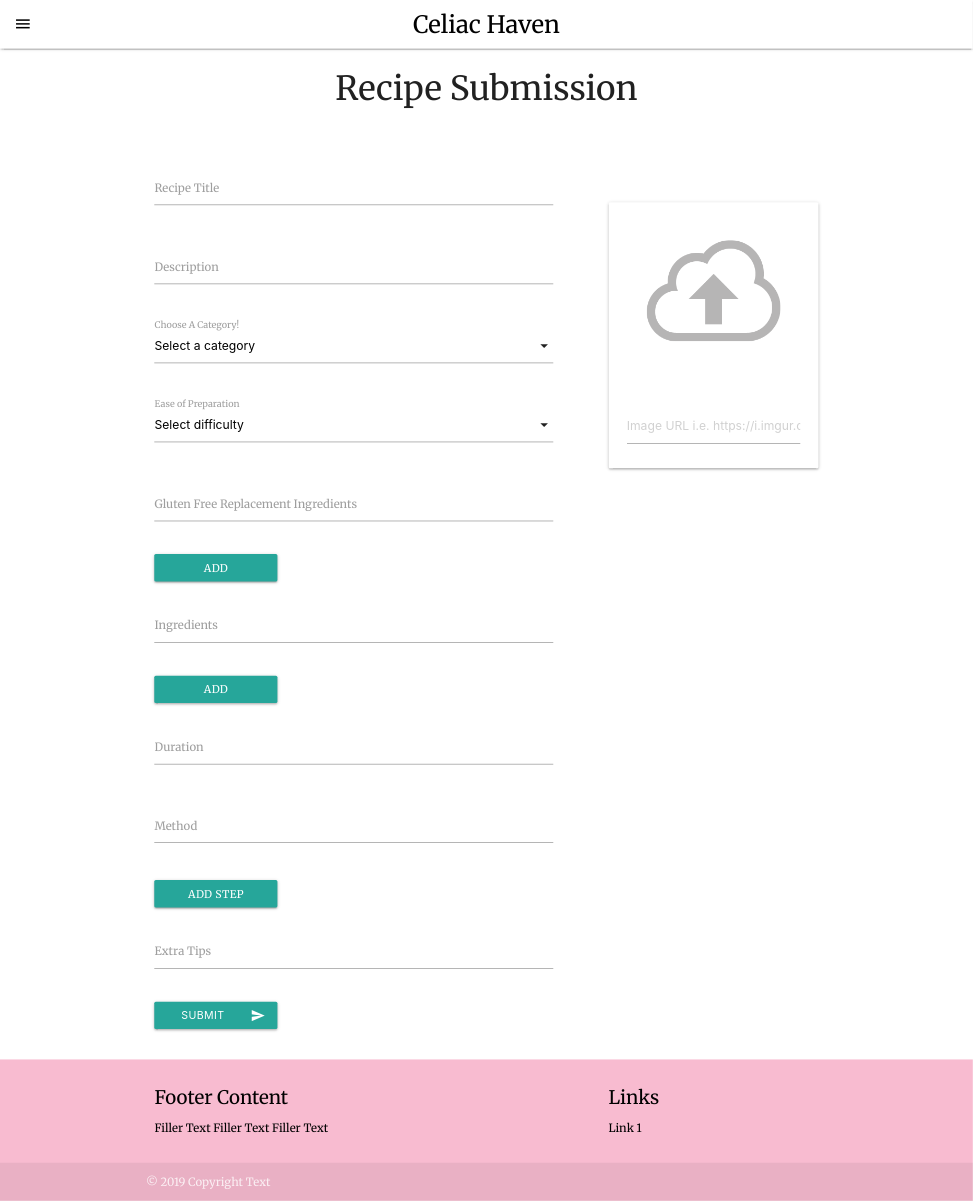
Repository: DanielJMaia/cookbook-project
Page: http://localhost/add_recipe
The author's editor kept a record of every edit. The page is drawn from the files as they stood at one moment, then again after the next edit.
The browser window is 1280 px wide. The pictures show the whole page, at 76% of full size.
Some web fonts or font styles are not loaded; a fallback is used. The page is served by the project's application, run on Flask 3 (app.py). Queries for data that is not in the repository find no rows.

Above is the page before.

### templates/add_recipe.html
{% extends 'base.html' %} {% block content %}

<h3 class="center-align" id="submit_recipe_header">Recipe Submission</h3>
<div class="container">
    <div class="row">
        <form action="{{url_for('insert_recipe')}}" method="POST" class="col s12 m8" autocomplete="off">
            <div class="row">
                <div class="input-field col s11">
                    <input id="recipe_title" type="text" class="validate" name="title" required>
                    <label for="recipe_title">Recipe Title</label>
                </div>
            </div>
            <div class="row">
                <div class="input-field col s11">
                    <input id="recipe_description" type="text" class="validate" name="description" required>
                    <label for="recipe_description">Description</label>
                </div>
            </div>
            <div class="row">
                <div class="input-field col s11">
                    <select name="category" required>
                            <option selected disabled value>Select a category</option>
                        {% for cat in second_category %}
                            <option value="{{ cat.category }}" >{{ cat.category }}</option>
                        {% endfor %}
                    </select>
                    <label>Choose A Category!</label>
                </div>
            </div>
            <div class="row">
                <div class="input-field col s11">
                    <select name="difficulty" required>
                        <option selected disabled value>Select difficulty</option>
                    {% for diff in difficulty %}
                        <option value="{{ diff.difficulty }}" >{{ diff.difficulty }}</option>
                    {% endfor %}
                </select>
                    <label>Ease of Preparation</label>
                </div>
            </div>
            <div class="row">
                <div class="input-field col s11">
                    <input id="gf_ingredient" type="text" class="validate" name="gf_ingredient">
                    <label for="gf_ingredient">Gluten Free Replacement Ingredients</label>
                </div>
            </div>
            <div class="row">
                <div class="col s2 center-align">
                    <a class="waves-effect waves-light btn button_form_min_width">Add Ingredient</a>
                </div>
            </div>
            <div class="row">
                <div class="input-field col s11">
                    <input id="ingredients" type="text" class="validate" name="ingredients" required>
                    <label for="ingredients">Ingredients</label>
                </div>
            </div>
            <div class="row">
                <div class="col s2 center-align">
                    <a class="waves-effect waves-light btn button_form_min_width">Add Ingredient</a>
                </div>
            </div>
            <div class="row">
                <div class="input-field col s11">
                    <input id="duration" type="text" class="validate" name="prep_duration" required>
                    <label for="duration">Duration</label>
                </div>
            </div>
            <div class="row">
                <div class="input-field col s11">
                    <textarea id="textarea1" class="materialize-textarea" name="method" required></textarea>
                    <label for="textarea1">Method</label>
                </div>
            </div>
            <div class="row">
                <div class="col s2 center-align">
                    <a class="waves-effect waves-light btn button_form_min_width">Add Step</a>
                </div>
            </div>
            <div class="row">
                <div class="input-field col s11">
                    <input id="tips" type="text" class="validate" name="tips">
                    <label for="tips">Extra Tips</label>
                </div>
            </div>
            <div class="row">
                <div class="col s2 center-align">
                    <button class="btn waves-effect waves-light button_form_min_width" type="submit" name="action">Submit
                    <i class="material-icons right">send</i>
                </button>
                </div>
            </div>
        </form>
        <div class="col s12 m4 submit_image_spacing">
            <div class="card">
                <div class="card-image">
                    <img src="/static/img/upload.jpg" class="image" id="upload_image">
                </div>
                <div class="card-content input-field">
                    <input id="add_image" type="text" class="validate" name="url" placeholder="Image URL i.e. https://i.imgur.com/PuHbs0g.jpg" required>
                </div>
            </div>
        </div>
    </div>
</div>

{% endblock %}

### templates/base.html
<!DOCTYPE html>
<html lang="en">

<head>
    <meta charset="UTF-8">
    <meta name="viewport" content="width=device-width, initial-scale=1.0">
    <meta http-equiv="X-UA-Compatible" content="ie=edge">
    <title>GF Recipes!</title>

    <link rel="stylesheet" href="https://cdnjs.cloudflare.com/ajax/libs/materialize/1.0.0/css/materialize.min.css">
    <link href="https://fonts.googleapis.com/icon?family=Material+Icons" rel="stylesheet">
    <link href="https://fonts.googleapis.com/css?family=Merriweather|Solway&display=swap" rel="stylesheet">
    <link rel="stylesheet" href="{{url_for('static', filename='css/style.css')}}" type="text/css" />
</head>

<body>
    <header>
        <nav class="white">
            <div class="nav-wrapper">
                <a href="{{url_for('home')}}" class="brand-logo center black-text">Celiac Haven</a>
                <a href="#" data-target="mobile-demo" class="sidenav-trigger show-on-large"><i class="material-icons black-text">menu</i></a>
            </div>
        </nav>



        <ul class="sidenav" id="mobile-demo">
            <li><a href="{{url_for('home')}}">Home</a></li>
            <li><a href="{{url_for('add_recipe')}}">Add A Recipe</a></li>
            {% for cat in categories %}
            <li><a href="{{url_for('get_recipes', recipe_category=cat.category)}}">{{ cat.category }}</a></li>
            {% endfor %}
        </ul>


    </header>
    <main>
        {% block content %} {% endblock %}
    </main>

    <footer class="page-footer pink lighten-4">
        <div class="container">
            <div class="row">
                <div class="col l6 s12">
                    <h5 class="black-text">Footer Content</h5>
                    <p class="black-text text-lighten-4">Filler Text Filler Text Filler Text</p>
                </div>
                <div class="col l4 offset-l2 s12">
                    <h5 class="black-text">Links</h5>
                    <ul>
                        <li><a class="black-text text-lighten-3" href="#!">Link 1</a></li>
                    </ul>
                </div>
            </div>
        </div>
        <div class="footer-copyright">
            <div class="container">
                © 2019 Copyright Text
            </div>
        </div>
    </footer>

    <script src="https://cdnjs.cloudflare.com/ajax/libs/jquery/3.4.1/jquery.js" integrity="sha256-WpOohJOqMqqyKL9FccASB9O0KwACQJpFTUBLTYOVvVU=" crossorigin="anonymous"></script>
    <script src="https://cdnjs.cloudflare.com/ajax/libs/materialize/1.0.0/js/materialize.min.js"></script>
    <script type="text/javascript" src="/static/js/initialization.js"></script>

</body>

</html>

### app.py
import os
from flask import Flask, render_template, redirect, request, url_for
from flask_pymongo import PyMongo
from bson.objectid import ObjectId

app = Flask(__name__)

USER = os.getenv('DB_USER')
PASSWORD = os.environ.get('DB_PASSWORD')

app.config["MONGO_DBNAME"] = 'milestone-project-cookbook'
app.config["MONGO_URI"] = 'mongodb+srv://root:r00tUser@myfirstcluster-bgp7f.mongodb.net/milestone-project-cookbook?retryWrites=true&w=majority'

mongo = PyMongo(app)

@app.route('/')
def home():
    return render_template("index.html",
    categories=mongo.db.categories.find())

@app.route('/get_recipes/<recipe_category>')
def get_recipes(recipe_category):
    return render_template("recipes.html",
    categories=mongo.db.categories.find(),
    recipes=mongo.db.recipes.find({"category": recipe_category}))

@app.route('/add_recipe')
def add_recipe():
    return render_template("add_recipe.html",
    categories=mongo.db.categories.find(),
    difficulty=mongo.db.difficulty.find())

@app.route('/insert_recipe', methods=["POST"])
def insert_recipe():
    recipes = mongo.db.recipes
    recipes.insert_one(request.form.to_dict())
    return redirect(url_for('home'))

@app.route('/edit_recipe/<recipe_id>')
def edit_recipe(recipe_id):
    _recipe = mongo.db.recipes.find_one({"_id": ObjectId(recipe_id)})
    _categories = mongo.db.categories.find()
    _difficulty = mongo.db.difficulty.find()
    category_list = [category for category in _categories]
    return render_template('edit_recipe.html', recipe=_recipe, categories=category_list, difficulty=_difficulty)

@app.route('/update_recipe/<recipe_id>', methods=["POST"])
def update_recipe(recipe_id):
    recipes = mongo.db.recipes
    recipes.update({'_id': ObjectId(recipe_id)},
    {
        'title' : request.form.get('title'),
        'category' : request.form.get('category'),
        'gf_ingredient' : request.form.get('gf_ingredient'),
        'prep_duration' : request.form.get('prep_duration'),
        'difficulty' : request.form.get('difficulty'),
        'method' : request.form.get('method'),
        'ingredients' : request.form.get('ingredients'),
        'description' : request.form.get('description'),
        'tips' : request.form.get('tips')
    })
    return redirect(url_for('home'))

@app.route('/view_recipe/<recipe_id>')
def view_recipe(recipe_id):
    return render_template('view_recipe.html',
    recipes = mongo.db.recipes.find({"_id": ObjectId(recipe_id)}))

# Test Page Route

@app.route('/testing')
def test():
    return render_template("testing.html",
    recipes=mongo.db.recipes.find())

if __name__  == '__main__':
    app.run(host=os.environ.get('IP'),
    port=int(os.environ.get('PORT')),
    debug=True)

### static/css/style.css
body {
  display: flex;
  min-height: 100vh;
  flex-direction: column;
  font-family: 'Solway', 'Merriweather', serif;
}

main {
  flex: 1 0 auto;
}

.brand-logo{
  width: fit-content;
}

#quote {
  background-image: url("/static/img/quote_background.jpg");
  background-size: cover;
  padding-top: 17rem;
  text-align: center;
  height: 55rem;
}

#upload_image {
  padding: 50px;
}

#submit_recipe_header {
  padding-bottom: 50px;
}

.button_form_min_width {
  min-width: 162px;
}

.submit_image_spacing {
  padding-top: 50px!important;
}

.recipe_banner {
  /*background-image: url("https://i.imgur.com/PuHbs0g.jpg"); */
  background-size: cover;
  resize: both;
  min-height: 40rem;
}

.recipe_information_box {
  width: 100%;
  margin-top: 5%;
}

#recipe_image{
  height: auto;
  width: 100%;
  position: relative;
}

.responsive_image{
  object-fit: cover;
  height: 20rem;
}


@media (min-width: 768px) {
  .recipe_information_box {
  width: 40%;
  margin-top: 7%;
  margin-right: 6%;
}
}

@media (min-width: 1200px) {
  .recipe_information_box {
  width: 20%;
  margin-top: 7%;
  margin-right: 6%;
}
}

### static/js/initialization.js
$(document).ready(function() {
    $('.sidenav').sidenav();
    $('.tabs').tabs();
    $('input#input_text, textarea#textarea2').characterCounter();
    $('select').formSelect();
});

After the next edit:
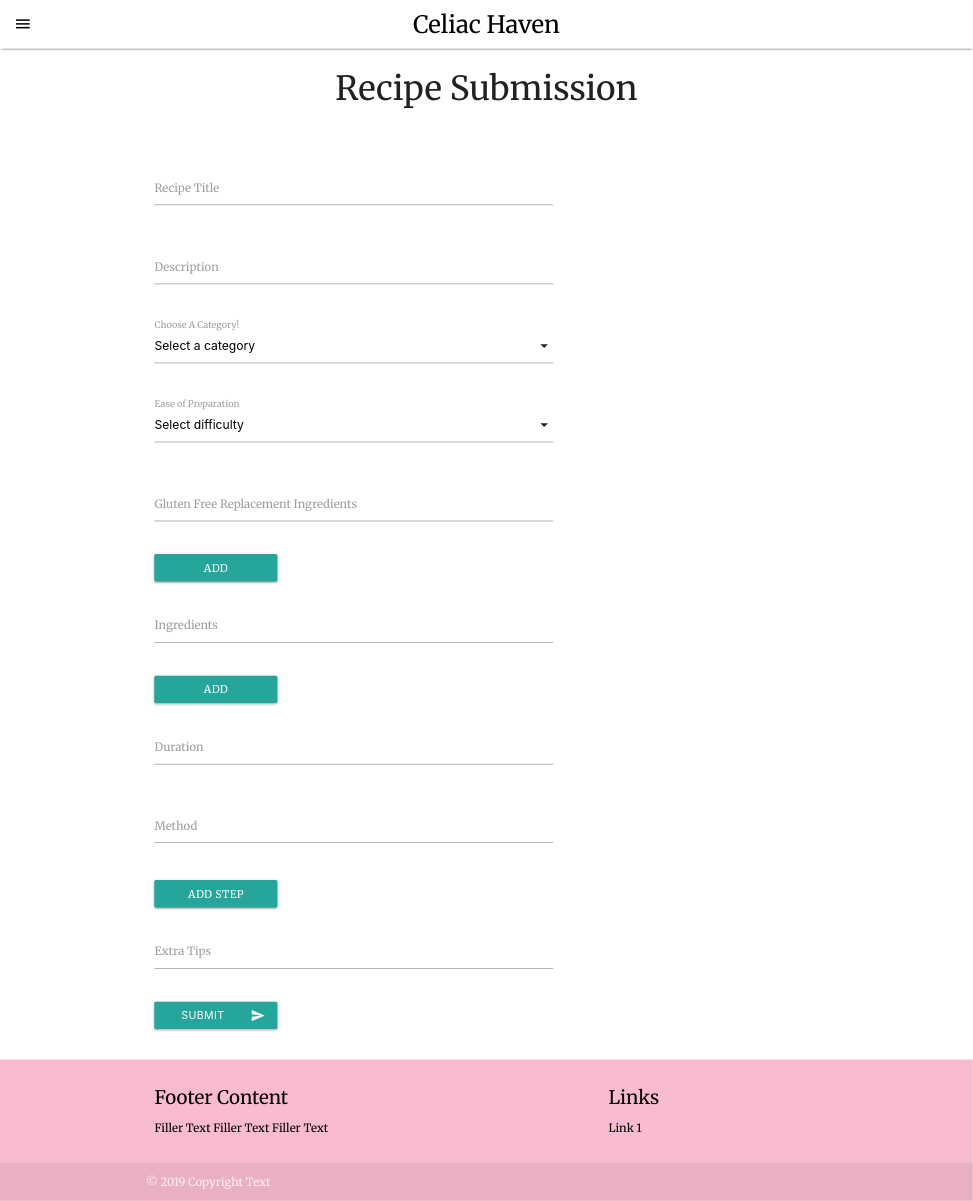
The edit:
--- a/templates/add_recipe.html
+++ b/templates/add_recipe.html
@@ -91,16 +91,6 @@
                 </div>
             </div>
         </form>
-        <div class="col s12 m4 submit_image_spacing">
-            <div class="card">
-                <div class="card-image">
-                    <img src="/static/img/upload.jpg" class="image" id="upload_image">
-                </div>
-                <div class="card-content input-field">
-                    <input id="add_image" type="text" class="validate" name="url" placeholder="Image URL i.e. https://i.imgur.com/PuHbs0g.jpg" required>
-                </div>
-            </div>
-        </div>
     </div>
 </div>
 
